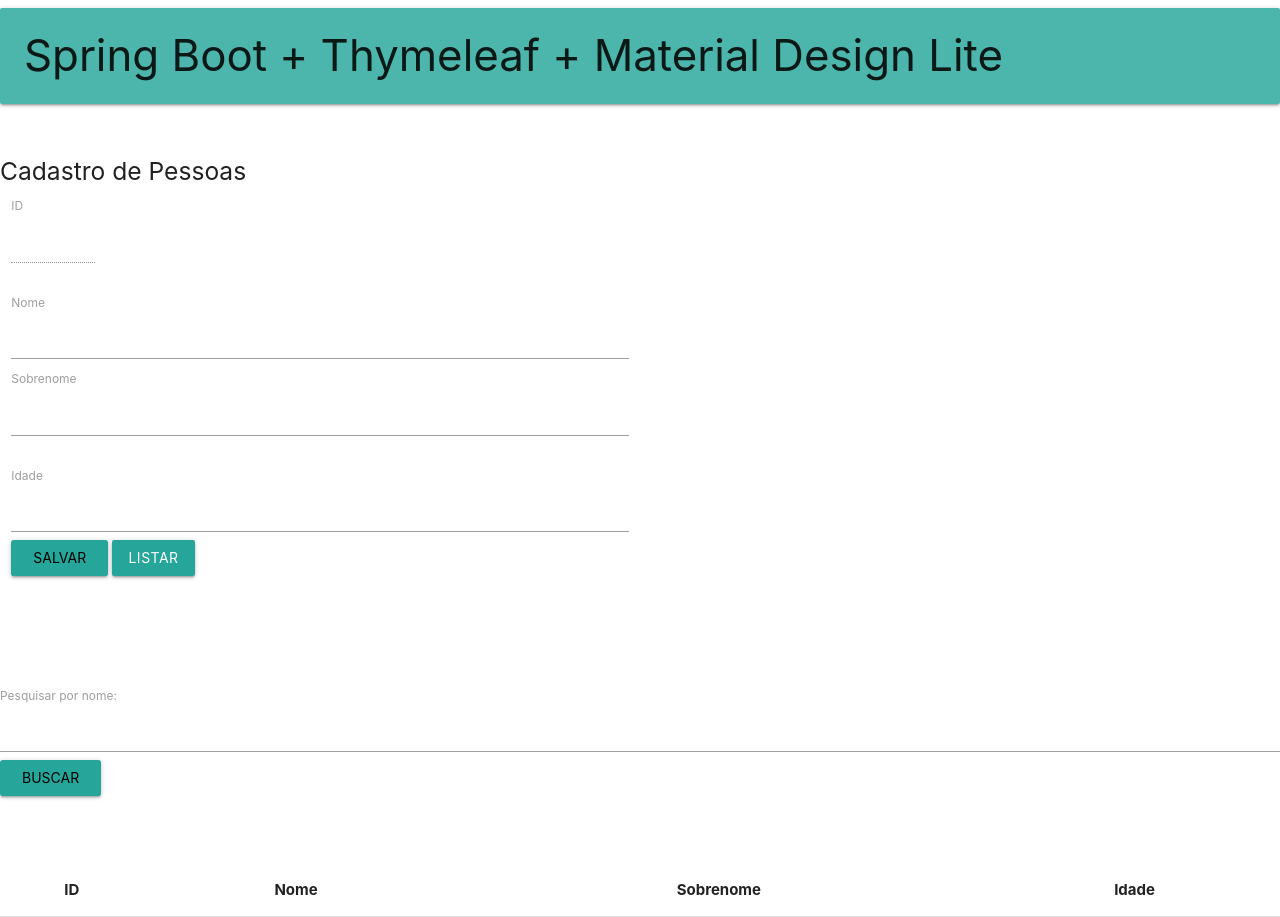
Repository: wendell-comp/Sistema-de-Gestao-de-Pessoas
Page: http://localhost/cadastro/cadastropessoa
An editor plug-in stored every save of this project. The page is shown before and after the next save, followed by the edit.
The browser window is 1280 px wide. The pictures show the whole page.
The page is this project's Thymeleaf template; nobody is signed in. The template is opened directly, without the code that normally fills it, so the values that code supplies are empty.

Above is the page before, as saved 2021-02-09 19:32:37.

### springboot/src/main/resources/templates/cadastro/cadastropessoa.html
<!DOCTYPE html>
<html xmlns="http://www.w3.org/1999/xhtml"
	xmlns:th="http://www.thymeleaf.org">

<head>
<meta charset="UTF-8">
<title>Formulario Java</title>


<link href="https://fonts.googleapis.com/icon?family=Material+Icons"
	rel="stylesheet">
<link type="text/css" rel="stylesheet"
	href="/materialize/css/materialize.css" media="screen,projection" />
<link type="text/css" rel="stylesheet" href="materialize.min.css"
	media="screen,projection" />

</head>
<body>
	<h3 class="card-panel teal lighten-2">Spring Boot + Thymeleaf + Material Design Lite</h3>
	<br />
	<h5>Cadastro de Pessoas</h5>

	<div class="row">
		<form action="salvarpessoa" method="post" th:object="${pessoaobj}" class="col s12">

			<div class="row">
				<div class="input-fiel col s1">
					<label for="id" class="active">ID</label>
					<input name="id" th:field="*{id}" readonly="readonly">
				</div>
			</div>

			<div class="row">
				<div class="input-fiel col s6">
					<label for="nome" class="active">Nome</label>
					<input name="nome" th:field="*{nome}">

					<label for="sobrenome" class="active">Sobrenome</label>
					<input name="sobrenome" th:field="*{sobrenome}">
				</div>
			</div>

			<div class="row">
				<div class="input-fiel col s6">
					<label for="idade" class="active">Idade</label>
					<input name="idade" th:field="*{idade}" id="idade">
					<input class="waves-effect waves-light btn" type="submit" value="Salvar">
					<a href="/listaspessoas" class="waves-effect waves-light btn">Listar</a>
				</div>
			</div>


		</form>
	</div>

	<br />
	<br />
	<br />


	<form action="pesquisarpessoa" method="post">
		<label>Pesquisar por nome: </label> <input name="nomepesquisa">
		<input class="waves-effect waves-light btn" type="submit"
			value="Buscar">
	</form>

	<br />
	<br />
	<br />
	<table class="centered">
		<thead>
			<tr>
				<th>ID</th>
				<th>Nome</th>
				<th>Sobrenome</th>
				<th>Idade</th>
			</tr>
		</thead>
		<tr th:each="pessoa : ${pessoas}">
			<td th:text="${pessoa.id}"></td>
			<td th:text="${pessoa.nome}"></td>
			<td th:text="${pessoa.sobrenome}"></td>
			<td th:text="${pessoa.idade}"></td>
			<td><a
				th:href="@{/editarpessoa/{idpessoa}(idpessoa=${pessoa.id})}">Editar</a></td>
			<td><a
				th:href="@{/removerpessoa/{idpessoa}(idpessoa=${pessoa.id})}">Excluir</a></td>
		</tr>

	</table>



	<script type="text/javascript" src="materialize/js/materialize.js"></script>
	<script type="text/javascript" src="materialize/js/materialize.min.js"></script>
</body>
</html>

Loaded but not shown: springboot/src/main/resources/static/materialize/css/materialize.css (library); springboot/src/main/resources/static/materialize/js/materialize.js (library); springboot/src/main/resources/static/materialize/js/materialize.min.js (library); springboot/src/main/resources/static/materialize/css/materialize.min.css (library)

After the next save:
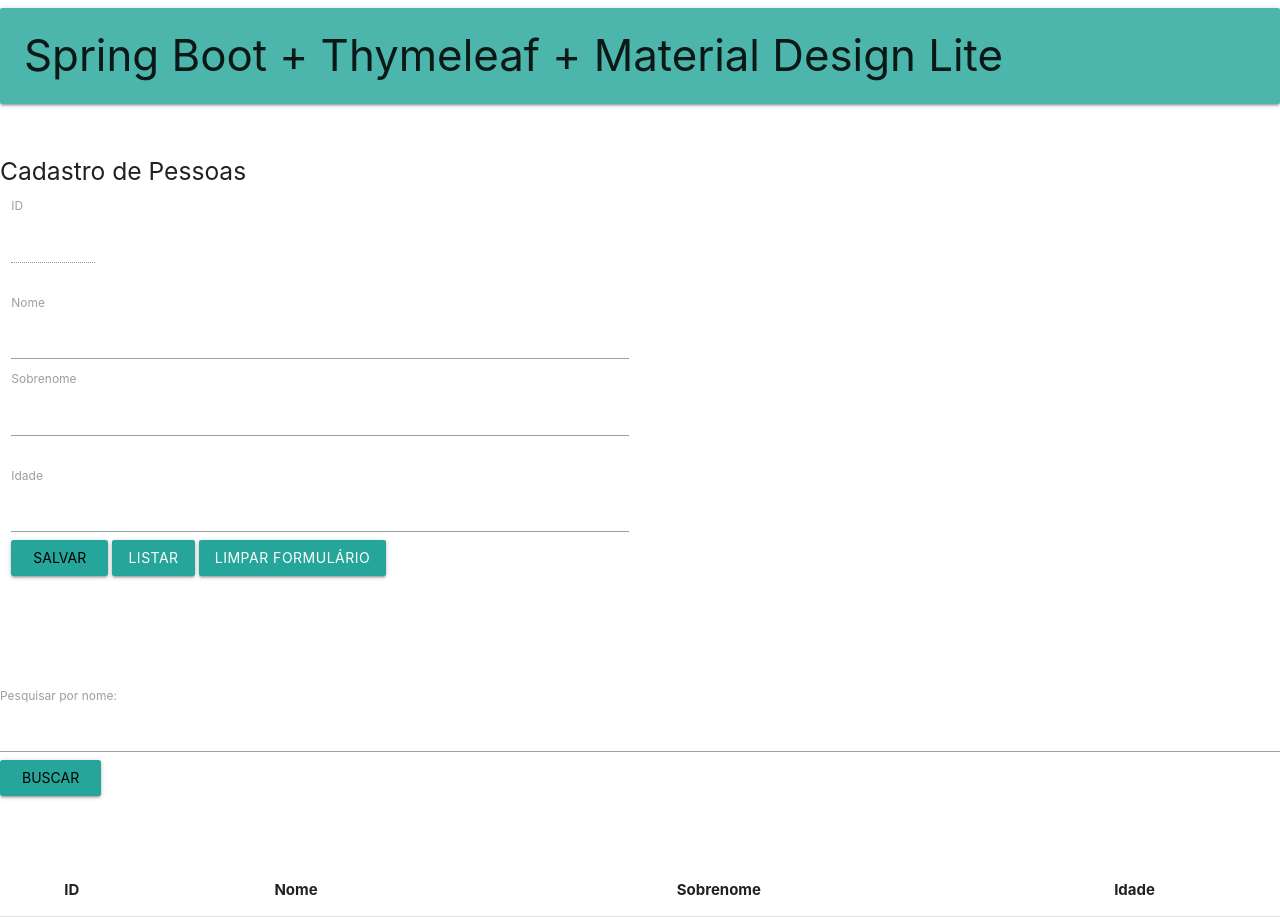
Saved 4 min 16 s later.
--- a/springboot/src/main/resources/templates/cadastro/cadastropessoa.html
+++ b/springboot/src/main/resources/templates/cadastro/cadastropessoa.html
@@ -46,6 +46,7 @@
 					<input name="idade" th:field="*{idade}" id="idade">
 					<input class="waves-effect waves-light btn" type="submit" value="Salvar">
 					<a href="/listaspessoas" class="waves-effect waves-light btn">Listar</a>
+					<button class="waves-effect waves-ligth btn" onclik="">Limpar Formulário</button>
 				</div>
 			</div>
 
